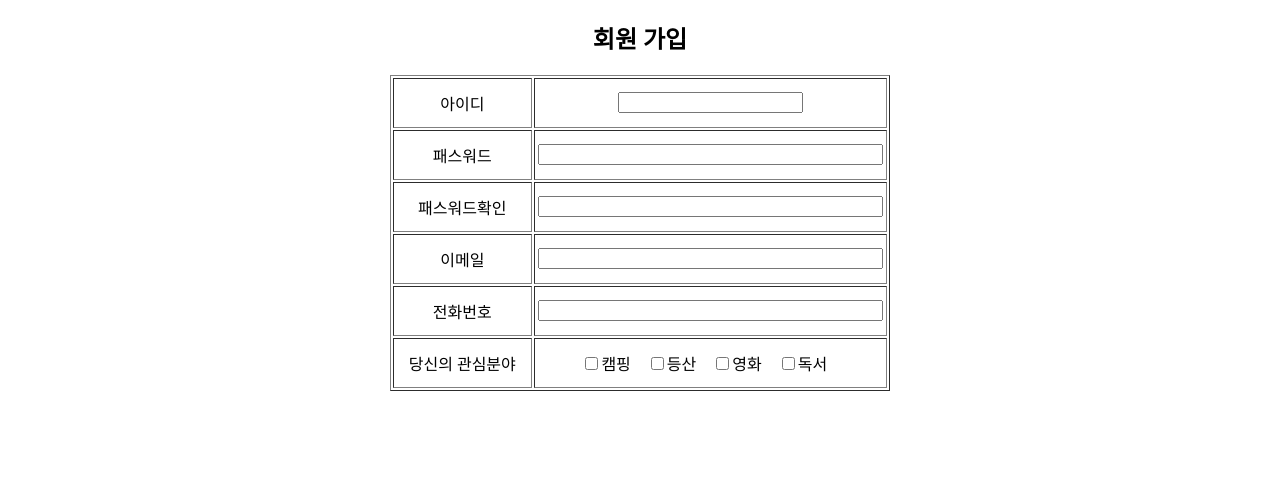
Repository: kdw1437/CreateBoardProject
Page: http://localhost/JSP2/RequestJoin.jsp
An editor plug-in stored every save of this project. The page is shown before and after the next save, followed by the edit.
The browser window is 1280 px wide. The pictures show the whole page.
The page is served by Tomcat 9.

Above is the page before, as saved 2024-08-05 09:20:00.

After the next save:
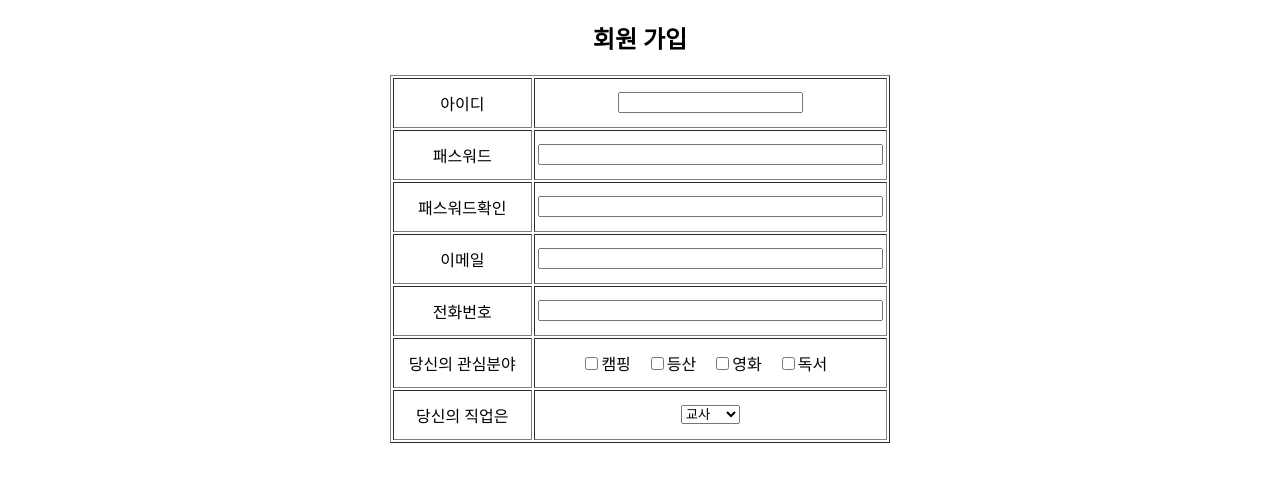
Saved 4 min 34 s later.
--- a/JSP2/src/main/webapp/RequestJoin.jsp
+++ b/JSP2/src/main/webapp/RequestJoin.jsp
@@ -38,6 +38,18 @@
 	 	<input type="checkbox" name="hobby" value="독서">독서 &nbsp;&nbsp;
 		</td>
 	</tr>
+
+	<tr height="50">
+		<td width="150" align="center"> 당신의 직업은 </td>
+		<td width="350" align="center">
+		<select name="job">
+		<option value="교사">교사</option>
+		<option value="변호사">변호사</option>
+		<option value="의사">의사</option>
+		<option value="기술사">기술사</option>
+		</select>
+
+
 	</table>
 
 	</form>
